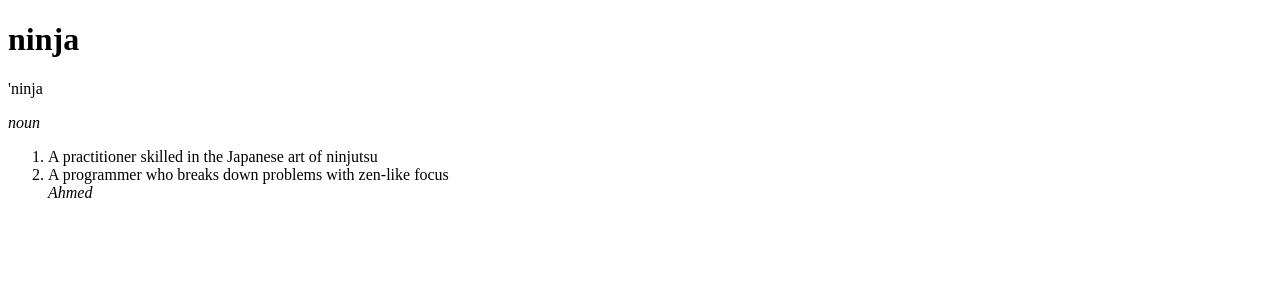
Repository: ahmedabuhabel/Axsos
Page: html/first week/dictionary_entry.html
An editor plug-in stored every save of this project. The page is shown before and after the next save, followed by the edit.
The browser window is 1280 px wide. The pictures show the whole page.

Above is the page before, as saved 2026-02-10 15:09:21.

After the next save:
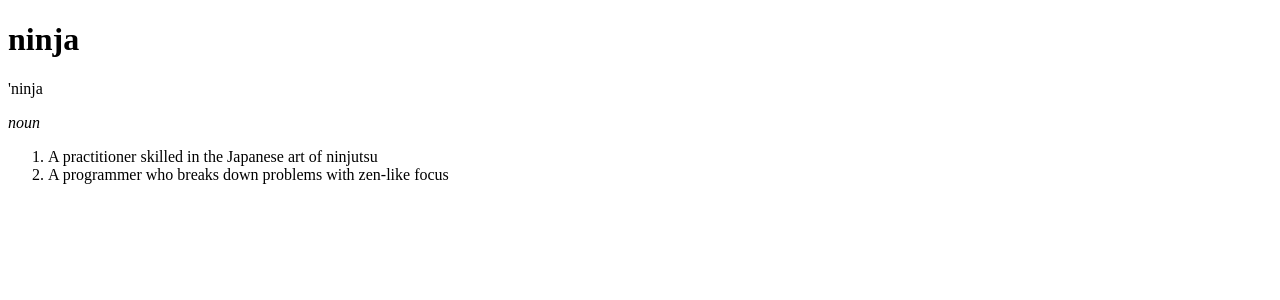
Saved 1 s later.
--- a/html/first week/dictionary_entry.html
+++ b/html/first week/dictionary_entry.html
@@ -10,8 +10,6 @@
         <ol>
             <li>A practitioner skilled in the Japanese art of ninjutsu</li>
             <li>A programmer who breaks down problems with zen-like focus</li>
-            <em>Ahmed</em>
-
         </ol>
     </body>
 </html>
